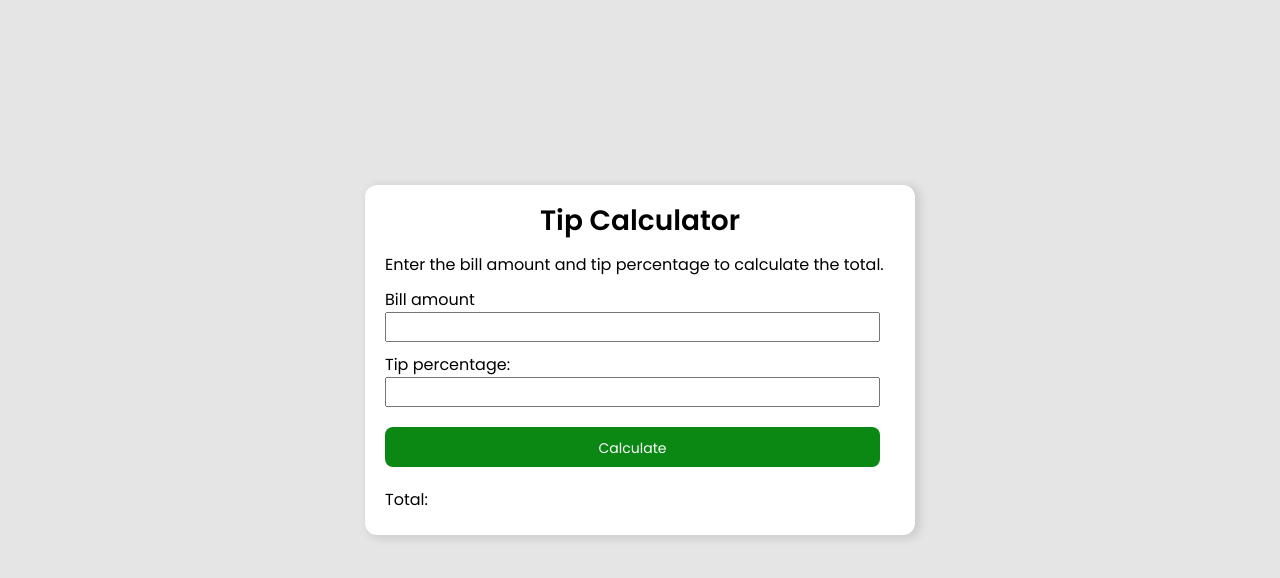
Repository: Ankitkr2021/Tip-Calculator
Page: index.html
These files come from the project's save history. The page is drawn as it stood at one moment and after the next save; the edit follows.
The browser window is 1280 px wide. The pictures show the whole page.

Above is the page before, as saved 2025-10-27 11:21:08.

### index.html
<!DOCTYPE html>
<html lang="en">
<head>
    <meta charset="UTF-8">
    <meta name="viewport" content="width=device-width, initial-scale=1.0">
    <title>Tip Calculator</title>
    <link rel="stylesheet" href="./style.css">
</head>
<body>
    <div class="box">
        <h2>Tip Calculator </h2>
        <p>Enter the bill amount and tip percentage to calculate the total.</p>
        <p>Bill amount</p>
        <input type="number" id="bill">
        <p>Tip percentage:</p>
        <input type="number" id="tip">
        <button id="calculate">Calculate</button>
        <p>Total: <span id="total"></span></p>
    </div>
    <script src="./main.js"></script>
</body>
</html>

### style.css
@import url('https://fonts.googleapis.com/css2?family=Poppins:wght@300;400;500;600;700&display=swap');

*{
    margin: 0;
    padding: 0;
    box-sizing: border-box;
    font-family: "Poppins",sans-serif;
}

body {
    height: 100vh;
    width: 100%;
    display: flex;
    align-items: center;
    justify-content: center;
    background: rgba(0,0,0,0.1);
}

.box {
    background: #fff;
    height: 350px;
    width: 550px;
    box-shadow: 4px 2px 8px 2px rgba(0,0,0,0.1);
    border-radius: 12px;
}

h2{
    text-align: center;
    padding: 15px 0 0 0;
    font-size: 28px;
    font-weight: 600;
}

p{
    padding: 10px 10px 0 10px ;
    margin-left: 10px;

}

input {
    width: 90%;
    height: 30px;
    margin-left: 20px;
    font-size: 18px;
    padding: 8px;
}

button {
    padding: 3px 0 0 0;
    width: 90%;
    margin: 20px;
    height: 40px;
    background: rgb(11, 135, 19);
    border: none;
    color: #fff;
    font-size: 14px;
    border-radius: 8px;
    cursor: pointer;
    transition:all 0.2s ease-in-out;
}

button:active{
    transform: scale(0.99);
    background: rgb(9,115,17);
}

p:nth-last-child(1) {
    padding: 0 10px;
}

### main.js
const btnE1 = document.getElementById("calculate");
const billInput = document.getElementById("bill");
const tipInput = document.getElementById("tip");
const totalTip = document.getElementById("total")

function calculateTotal() {
    const billValue = billInput.value;
    const tipValue = tipInput.value;
    const totalValue = billValue * (1 + tipValue / 100);
    console.log(totalValue);
}

btnE1.addEventListener("click", calculateTotal)

After the next save:
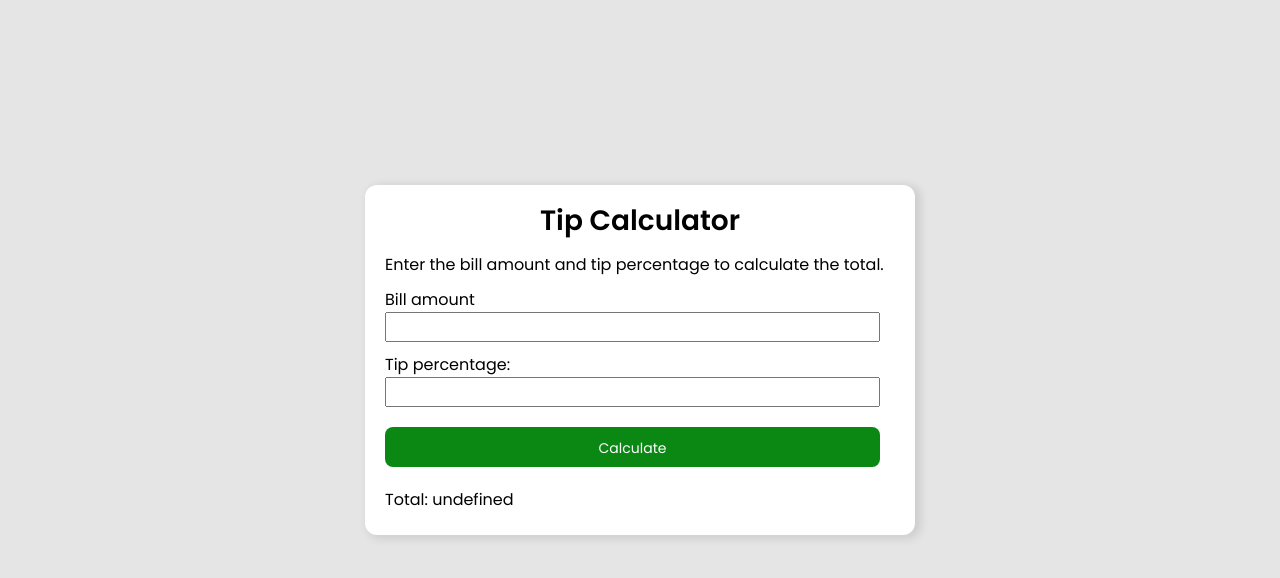
Saved 12 s later.
--- a/main.js
+++ b/main.js
@@ -9,5 +9,6 @@
     const totalValue = billValue * (1 + tipValue / 100);
     console.log(totalValue);
 }
+totalTip.innerHTML = calculateTotal()
 
 btnE1.addEventListener("click", calculateTotal)

After the save that followed:
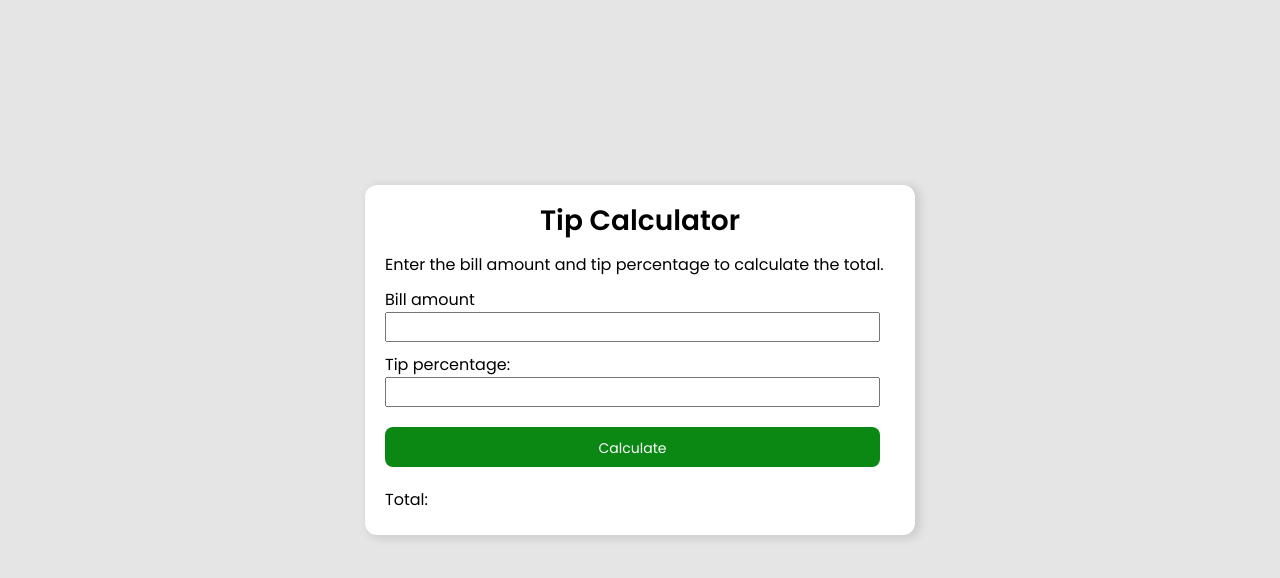
Saved 39 s later.
--- a/main.js
+++ b/main.js
@@ -8,7 +8,7 @@
     const tipValue = tipInput.value;
     const totalValue = billValue * (1 + tipValue / 100);
     console.log(totalValue);
+    totalTip.innerHTML = calculateTotal()
 }
-totalTip.innerHTML = calculateTotal()
 
 btnE1.addEventListener("click", calculateTotal)
